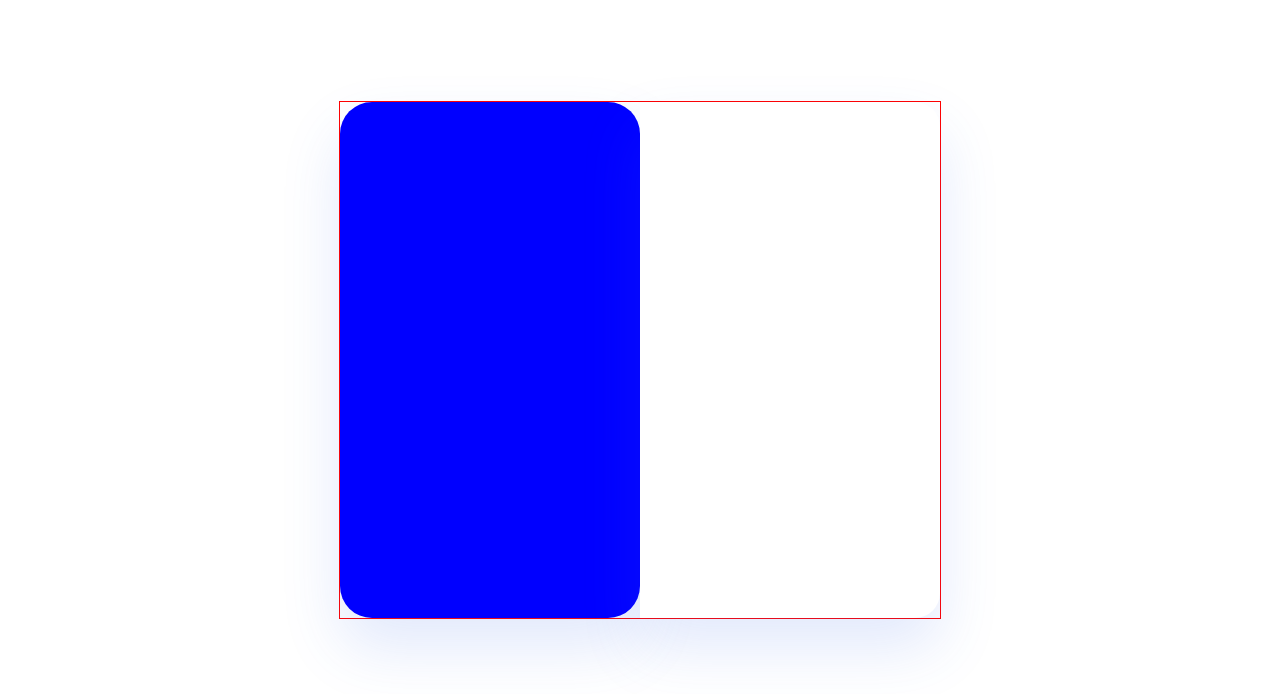
Repository: KamoliddinGIT/result-summary
Page: index.html
The author's editor kept a copy of each file at every save. The page is drawn from the files as they stood at one save, then again after the next save.
The browser window is 1280 px wide. The pictures show the whole page.

Above is the page before, as saved 2023-09-08 15:31:44.

After the next save:
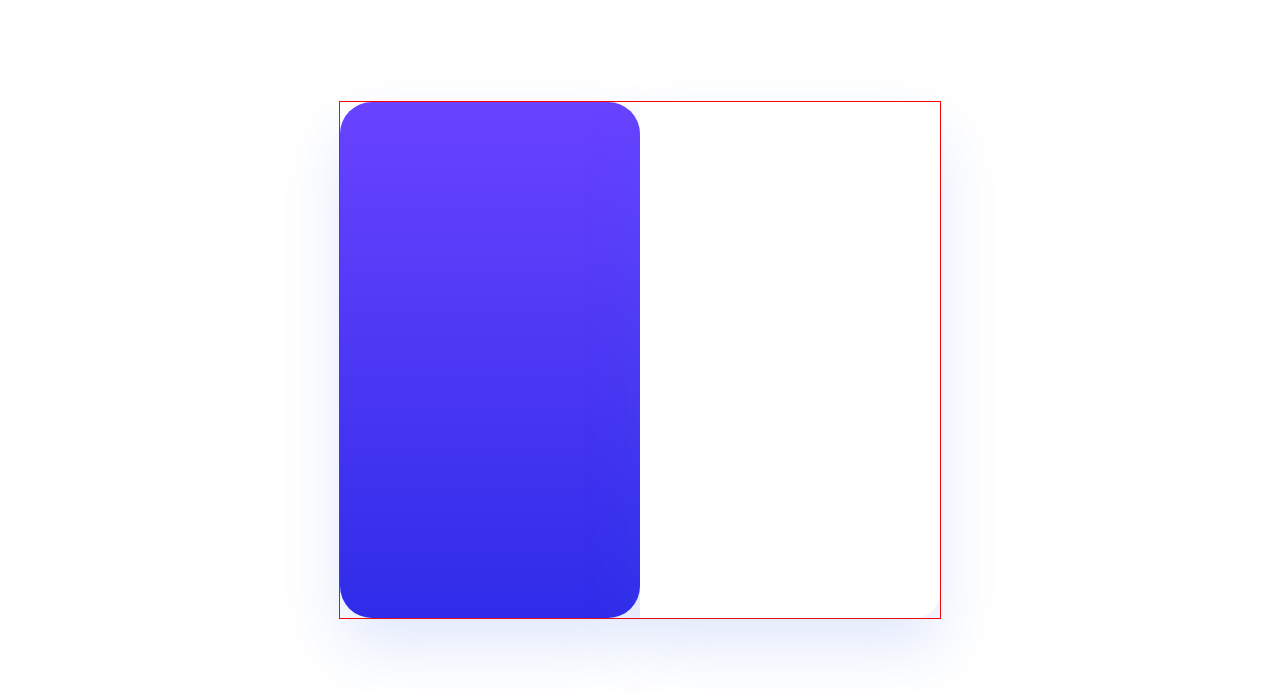
Saved 24 s later.
--- a/css/style.css
+++ b/css/style.css
@@ -28,6 +28,12 @@
   border-radius: 32px;
   background-color: blue;
   box-shadow: 0px 30px 60px 0px rgba(61, 108, 236, 0.15);
+  background-image: linear-gradient(
+    180deg,
+    #75f 0%,
+    #6943ff 0.01%,
+    #2f2ce9 100%
+  );
 }
 
 .summary-box {
